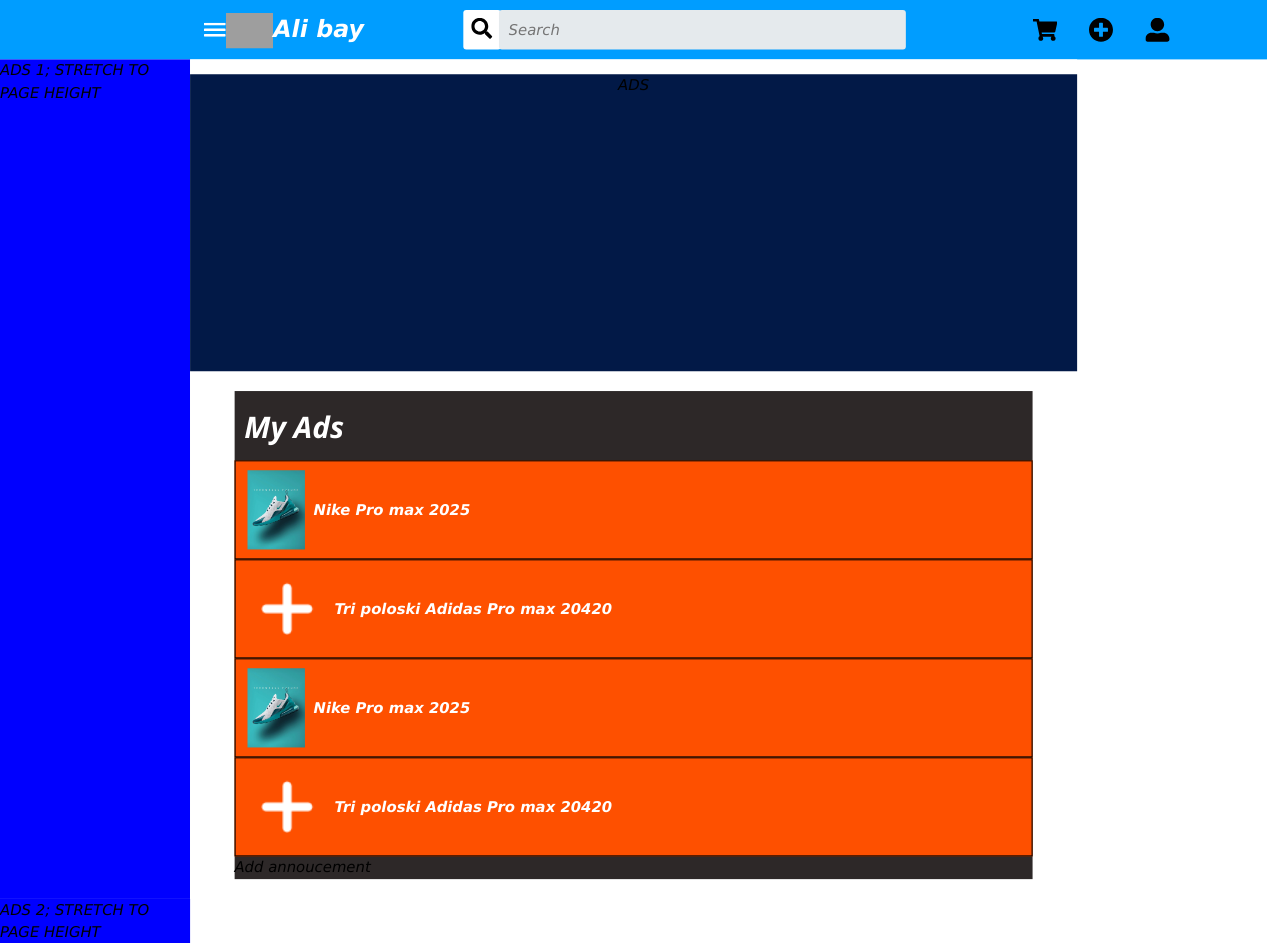
Repository: Aramys21/alibay-site
Page: public/ad_list.html
An editor plug-in stored every save of this project. The page is shown before and after the next save, followed by the edit.
The browser window is 1280 px wide. The pictures show the whole page, at 99% of full size.
Pictures or frames that could not be fetched are drawn as grey boxes.

Above is the page before, as saved 2023-04-05 00:51:38.

After the next save:
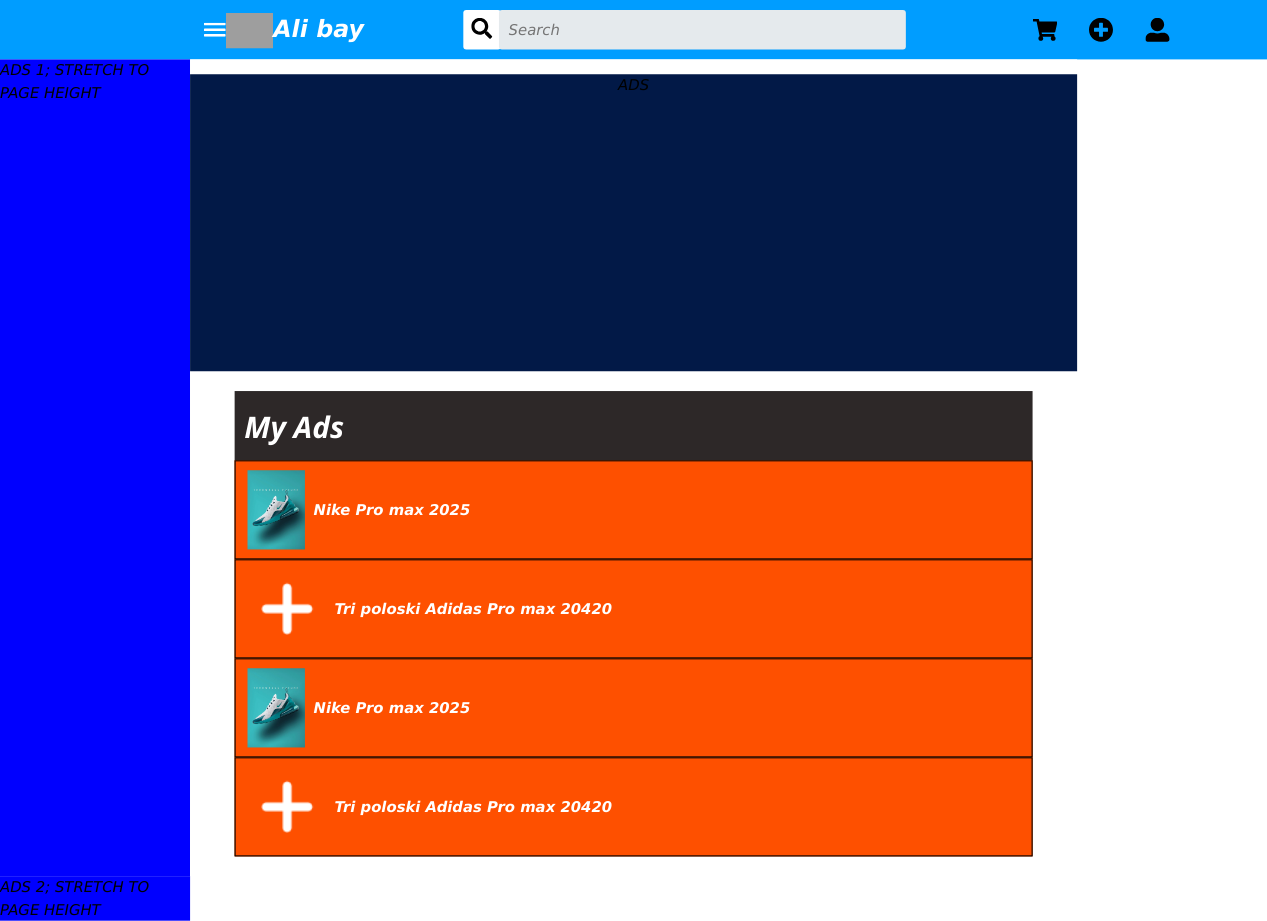
Saved 2 min 3 s later.
--- a/public/ad_list.html
+++ b/public/ad_list.html
@@ -129,8 +129,6 @@
 				<a>Tri poloski Adidas Pro max 20420</a>
 			</div>
 			<!-- single item end -->
-			<a class="link-item-list-full" href="#"></a>
-			<a href="#" style="text-decoration: none;">Add annoucement</a>
 			</div>
 		</div>
 
